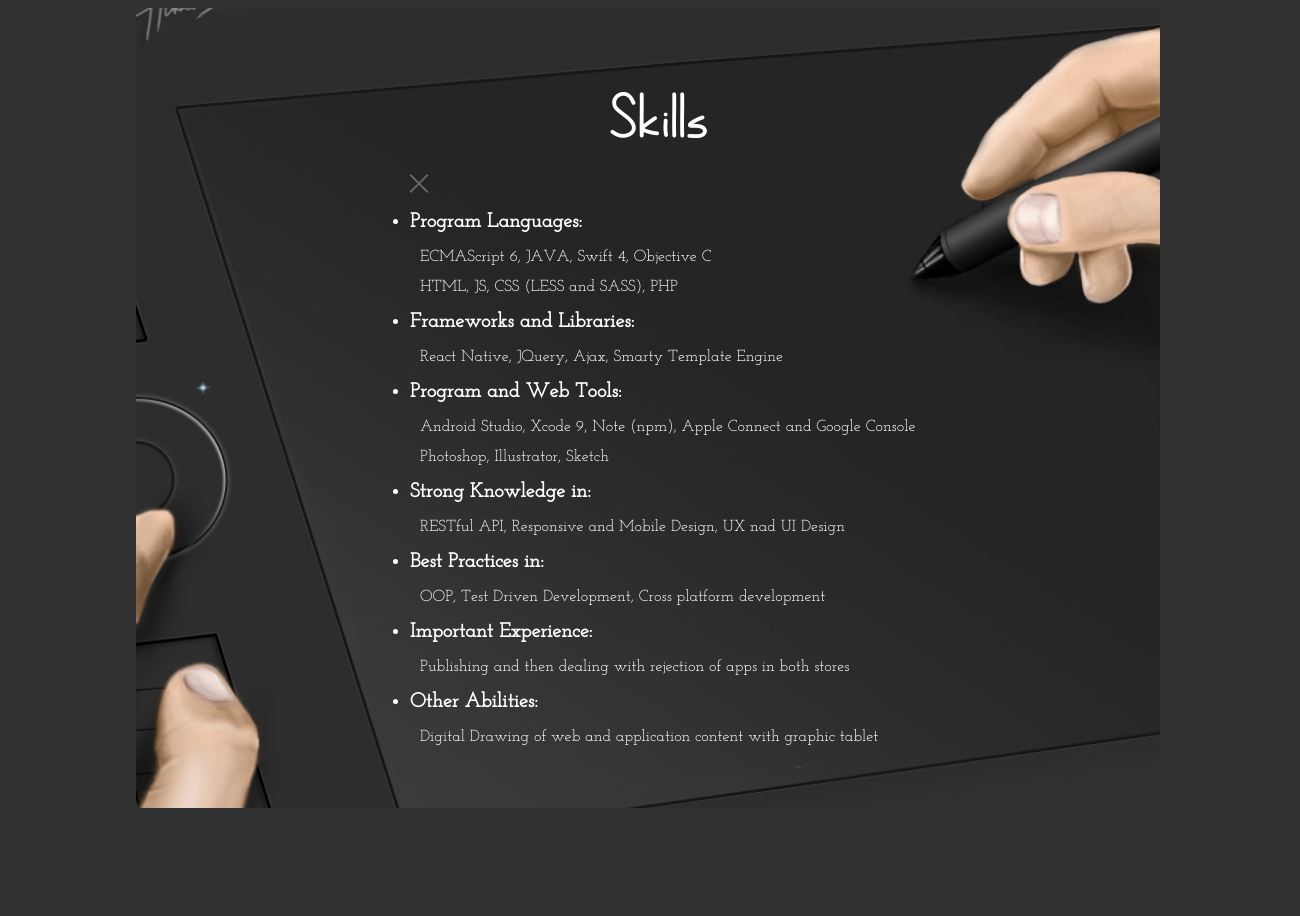
Repository: nikichanko/cv
Page: index.html
The author's editor kept a copy of each file at every save. The page is drawn from the files as they stood at one save, then again after the next save.
The browser window is 1280 px wide. The page is 1300 px wide, so the pictures cover 1300 px, including what lies to the right of the window. The pictures show the whole page.
After loading, the first visible `div.item` was clicked once.

Above is the page before, as saved 2018-08-09 00:02:32.

### index.html
<!DOCTYPE html>
<html>
  <head>
    <link rel="stylesheet" type="text/css" href="css/styles.css">
    <script src="https://ajax.googleapis.com/ajax/libs/jquery/3.3.1/jquery.min.js"></script>
    <title>Nikolay Nikolov - CV</title>
  </head>
  <body>
    <div class="wrapper">
      <div class="menu">
        <div class="item">
          Skills
        </div>
        <div class="content skills">
          <i class="close"></i>
          <ul>
            <li>Program Languages:</li>
            <ol>ECMAScript 6, JAVA, Swift 4, Objective C</ol>
            <ol>HTML, JS, CSS (LESS and SASS), PHP</ol>
            <li>Frameworks and Libraries:</li>
            <ol>React Native, JQuery, Ajax, Smarty Template Engine</ol>
            <li>Program and Web Tools:</li>
            <ol>Android Studio, Xcode 9, Note (npm), Apple Connect and Google Console</ol>
            <ol>Photoshop, Illustrator, Sketch</ol>
            <li>Strong Knowledge in:</li>
            <ol>RESTful API, Responsive and Mobile Design, UX nad UI Design</ol>
            <li>Best Practices in:</li>
            <ol>OOP, Test Driven Development, Cross platform development</ol>
            <li>Important Experience:</li>
            <ol>Publishing and then dealing with rejection of apps in both stores</ol>
            <li>Other Abilities:</li>
            <ol>Digital Drawing of web and application content with graphic tablet</ol>
          </ul>
        </div>
        <div class="item">
          Education
        </div>
        <div class="content">
            <i class="close"></i>
            2011-2013<br/>
            M. Sc. in Computer Science<br/>
            Technical University Gabrovo,
            Computer System and Technologies
        </div>
        <div class="item">
          Empoyment
        </div>
        <div class="content">
            <i class="close"></i>
            from 05.2014 to 12.2016<br/>
            Support Service LTD for Image-Line Belgium</br>
            Professional Title - fullstack web developer with more front-end responsibilities
        </div>
        <div class="item">
          Goal Achieved
        </div>
        <div class="item">
          About me
        </div>
        <div class="item">
          Contact
        </div>
        <div class="content">
            <i class="close"></i>
            Fill free to leave me a message...
            <script type="text/javascript" src="https://form.jotformeu.com/jsform/82187298762370"></script>
        </div>
      </div>
    </div>
    <script src="js/common.js"></script>
  </body>
</html>

### css/styles.css
@font-face {
  font-family: 'Just Gotta Smile';
  src: url('./fonts/JustGottaSmile.woff2') format('woff2'),
      url('./fonts/JustGottaSmile.woff') format('woff'),
      url('./fonts/JustGottaSmile.ttf') format('truetype');
  font-weight: 500;
  font-style: normal;
}

@font-face {
  font-family: 'Josefin Slab';
  src: url('./fonts/JosefinSlab.woff2') format('woff2'),
      url('./fonts/JosefinSlab.woff') format('woff'),
      url('./fonts/JosefinSlab.ttf') format('truetype');
  font-weight: normal;
  font-style: normal;
}
ul, li, ol {
  margin: 0;
  padding: 0;
}

body {
  background-color: #323232;
  width: 100%;
  font-family: 'Just Gotta Smile';
  color: #fff;
}

.menu {
  left: 20px;
  line-height: 70px;
  margin: 0 auto;
  position: absolute;
  text-align: center;
  width: 100%;
  height: 400px;
  font-size: 64px;
  top: 80px;
}

.item {
  cursor: pointer;
  position: relative;
  left: 50%;
  opacity: 1;
  transform: translateX(-50%) ;
  -ms-transform: translateX(-50%) ; /* IE 9 */
  -webkit-transform: translateX(-50%); /* Safari 3-8 */
  transition: opacity 0.5s ease-in-out;
  -webkit-user-select: none;
     -moz-user-select: none;
      -ms-user-select: none;
          user-select: none;
          width: auto;
}

.item.closed {
  opacity: 0;
  height: 0;
  visibility: hidden;
}

.content {
  font-family: 'Josefin Slab';
  padding-top: 2px;
  left: 50px;
  max-width: 600px;
  text-align: left;
  top: 50px;
  width: 60%;
  margin: 0 auto;
  line-height: 40px;
  height: 0;
  opacity: 0;
  font-size: 20px;
  transition: opacity 0.5s ease-in-out;
  position: relative;
  visibility: hidden;
}

.content.open {
  height: auto;
  opacity: 1;
  transition: opacity 0.5s ease-in-out;
  visibility: visible;
}
.content.skills {
  line-height: 30px;
}
.content.skills li {
  font-weight: bold;
  font-size: 20px;
  padding:5px 0;
}
.content.skills ol {
  font-size: 16px;
  margin-left: 10px;
}

.item:hover {
  color: #a4cbe6;
}

.wrapper {
  width: 80%;
  max-width: 1300px;
  height: 800px;
  margin: 0 auto;
  background-image: url(../img/cv_bg.png);
  background-repeat: no-repeat;
  background-position: right center;
  background-size: cover;
}

.close {
  position: absolute;
  top: -29px;
  left: -7px;
  width: 32px;
  height: 32px;
  opacity: 0.3;
}
.close:hover {
  opacity: 1;
}
.close:before, .close:after {
  position: absolute;
  left: 15px;
  content: ' ';
  height: 25px;
  width: 2px;
  background-color: #fff;
}
.close:before {
  transform: rotate(45deg);
}
.close:after {
  transform: rotate(-45deg);
}

### js/common.js
$(".item").on('click', function() {
  var _t = this;
  setTimeout(function(){
    $(_t).next('.content').addClass('open');
  },100);
  $('.item').each(function(i, v) {
    if (!$(_t).is(v)) {
      $(v).addClass('closed');
      $(v).next('.content').removeClass('open');
    }
    else {
      $(v).removeClass('closed');
    }
  });
});

$('.close').on('click', function(){
  $('.item').each(function(i, v) {
    setTimeout(function(){
      $(v).removeClass('closed');
    },100);
    $(v).next('.content').removeClass('open');
  });
})

After the next save:
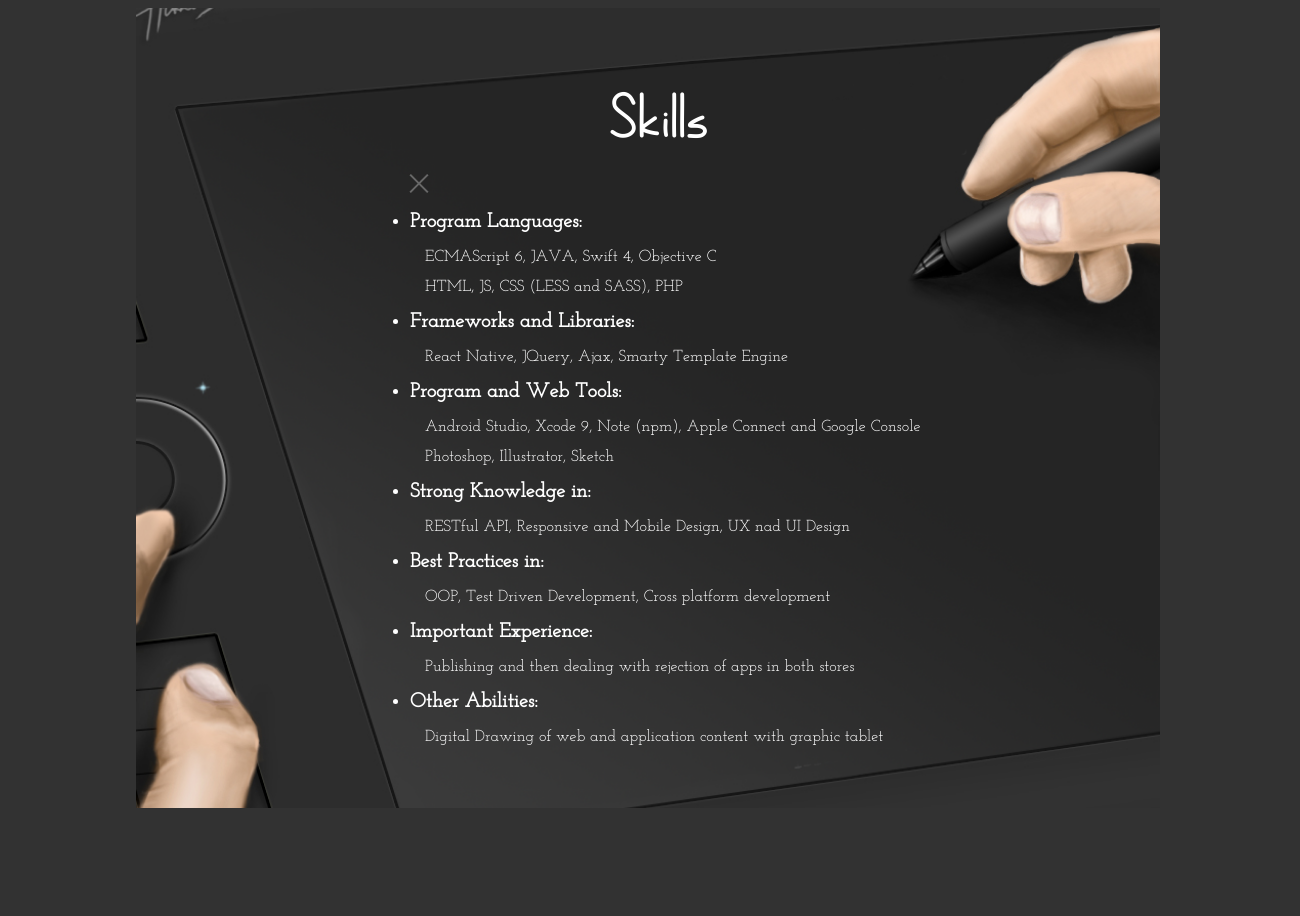
Saved 10 s later.
--- a/css/styles.css
+++ b/css/styles.css
@@ -95,7 +95,7 @@ body {
 }
 .content.skills ol {
   font-size: 16px;
-  margin-left: 10px;
+  margin-left: 15px;
 }
 
 .item:hover {
